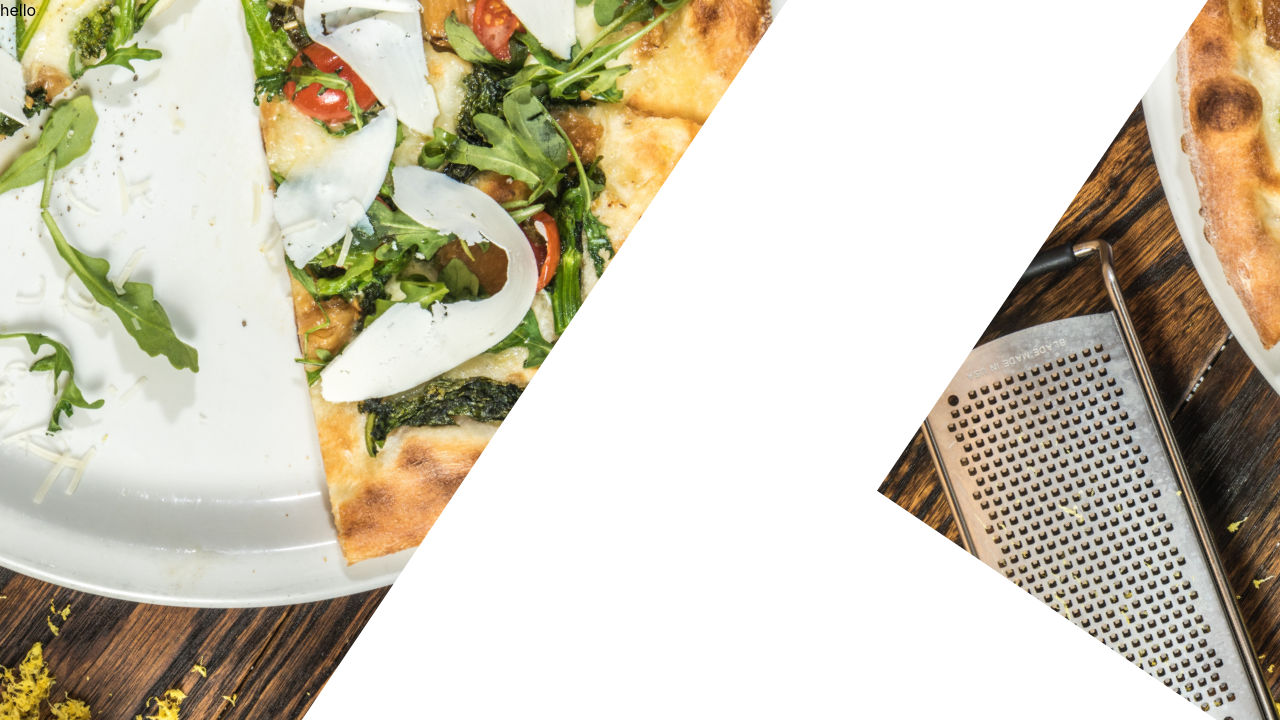
Repository: hobsond/DeliveryApp
Page: / (app in delivery/)
These files come from the project's save history. The page is drawn as it stood at one moment and after the next save; the edit follows.
The browser window is 1280 px wide. The pictures show the whole page.
The project was rebuilt for these pictures with package versions that can differ from the ones it lists, and the page was loaded fresh each time.

Above is the page before, as saved 2021-02-16 21:03:43.

### delivery/public/index.html
<!DOCTYPE html>
<html lang="en">
  <head>
    <meta charset="utf-8" />
    <link rel="icon" href="%PUBLIC_URL%/favicon.ico" />
    <meta name="viewport" content="width=device-width, initial-scale=1" />
    <meta name="theme-color" content="#000000" />
    <meta
      name="description"
      content="Delivery Order Simulation"
    />
    <link rel="apple-touch-icon" href="%PUBLIC_URL%/logo192.png" />
    <!--
      manifest.json provides metadata used when your web app is installed on a
      user's mobile device or desktop. See https://developers.google.com/web/fundamentals/web-app-manifest/
    -->
    <link rel="manifest" href="%PUBLIC_URL%/manifest.json" />
    <!--
      Notice the use of %PUBLIC_URL% in the tags above.
      It will be replaced with the URL of the `public` folder during the build.
      Only files inside the `public` folder can be referenced from the HTML.

      Unlike "/favicon.ico" or "favicon.ico", "%PUBLIC_URL%/favicon.ico" will
      work correctly both with client-side routing and a non-root public URL.
      Learn how to configure a non-root public URL by running `npm run build`.
    -->
    <title>Delivery Simulation</title>
  </head>
  <body>
    <noscript>You need to enable JavaScript to run this app.</noscript>
    <div id="root"></div>
    <!--
      This HTML file is a template.
      If you open it directly in the browser, you will see an empty page.

      You can add webfonts, meta tags, or analytics to this file.
      The build step will place the bundled scripts into the <body> tag.

      To begin the development, run `npm start` or `yarn start`.
      To create a production bundle, use `npm run build` or `yarn build`.
    -->
  </body>
</html>

### delivery/src/App.js
import './App.css';

function App() {
  return (
    <div className="App"
    >
      hello

    </div>
  );
}

export default App;

### delivery/src/App.css
.App{
  background:url('./images/mobile/homeScreen/bgMobile.png');
  height:100vh;
  background-position-x: -40em;
  background-position-y: -40em;
}

Loaded but not shown: delivery/src/index.js (common file); delivery/src/index.css (common file); delivery/src/reportWebVitals.js (common file)

After the next save:
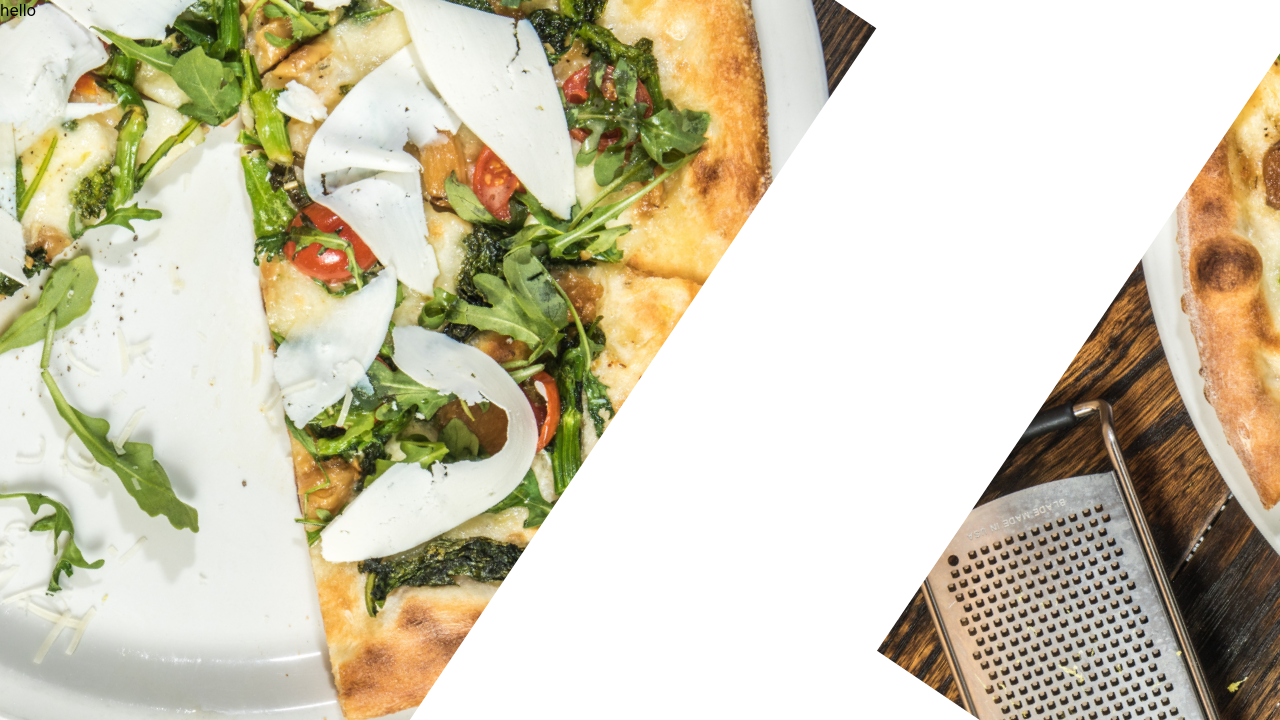
Saved 7 s later.
--- a/delivery/src/App.css
+++ b/delivery/src/App.css
@@ -2,5 +2,5 @@
   background:url('./images/mobile/homeScreen/bgMobile.png');
   height:100vh;
   background-position-x: -40em;
-  background-position-y: -40em;
+  background-position-y: -30em;
 }
